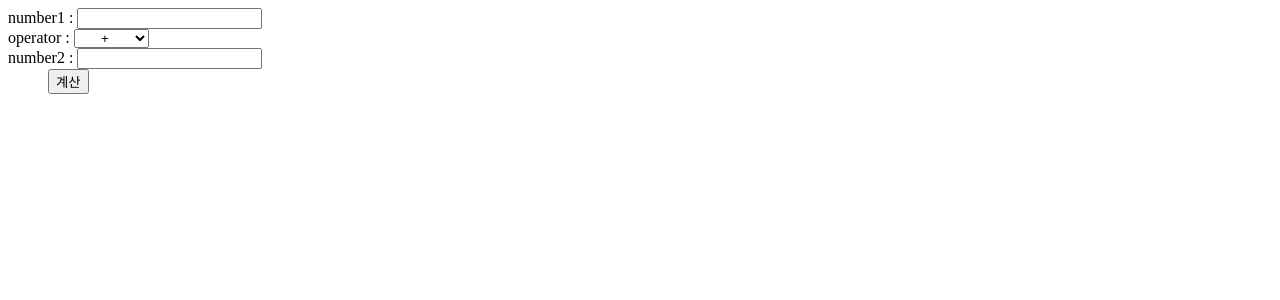
Repository: PARKJONGSUN88/multicampus_study
Page: 3-7. jsp, servletStudy Study/1. 실습/workspace2/web1/WebContent/Calc.html
The author's editor kept a copy of each file at every save. The page is drawn from the files as they stood at one save, then again after the next save.
The browser window is 1280 px wide. The pictures show the whole page.

Above is the page before, as saved 2019-06-28 05:26:29.

### 3-7. jsp, servletStudy Study/1. 실습/workspace2/web1/WebContent/Calc.html
<!DOCTYPE html>
<html>
<head>
<meta charset="utf-8">
<title>Calculator</title>
</head>
<body>
<form id ="f1" action="join" method="get" >
number1 : <input type="text" name="num1" ><br>
operator :
<select>
	<option id="sum">&nbsp;&nbsp;&nbsp;&nbsp;&nbsp; + &nbsp;&nbsp;&nbsp;&nbsp;&nbsp;</option>
	<option id="minus">&nbsp;&nbsp;&nbsp;&nbsp;&nbsp; - &nbsp;&nbsp;&nbsp;&nbsp;&nbsp;</option>
	<option id="mul">&nbsp;&nbsp;&nbsp;&nbsp;&nbsp; * &nbsp;&nbsp;&nbsp;&nbsp;&nbsp;</option>
	<option id="div">&nbsp;&nbsp;&nbsp;&nbsp;&nbsp; / &nbsp;&nbsp;&nbsp;&nbsp;&nbsp;</option>
</select><br>
number2 : <input type="text" name="num2" ><br>
&nbsp;&nbsp;&nbsp;&nbsp;&nbsp;&nbsp;&nbsp;&nbsp;&nbsp;&nbsp;<input type="submit" value="계산">
</body>
</html>

After the next save:
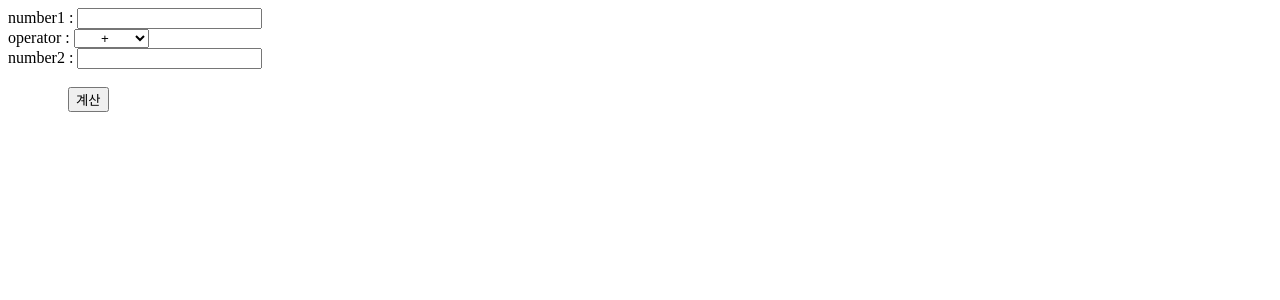
Saved 14 s later.
--- a/3-7. jsp, servletStudy Study/1. 실습/workspace2/web1/WebContent/Calc.html
+++ b/3-7. jsp, servletStudy Study/1. 실습/workspace2/web1/WebContent/Calc.html
@@ -15,6 +15,7 @@ operator :
 	<option id="div">&nbsp;&nbsp;&nbsp;&nbsp;&nbsp; / &nbsp;&nbsp;&nbsp;&nbsp;&nbsp;</option>
 </select><br>
 number2 : <input type="text" name="num2" ><br>
-&nbsp;&nbsp;&nbsp;&nbsp;&nbsp;&nbsp;&nbsp;&nbsp;&nbsp;&nbsp;<input type="submit" value="계산">
+<br>
+&nbsp;&nbsp;&nbsp;&nbsp;&nbsp;&nbsp;&nbsp;&nbsp;&nbsp;&nbsp;&nbsp;&nbsp;&nbsp;&nbsp;&nbsp;<input type="submit" value="계산">
 </body>
 </html>
